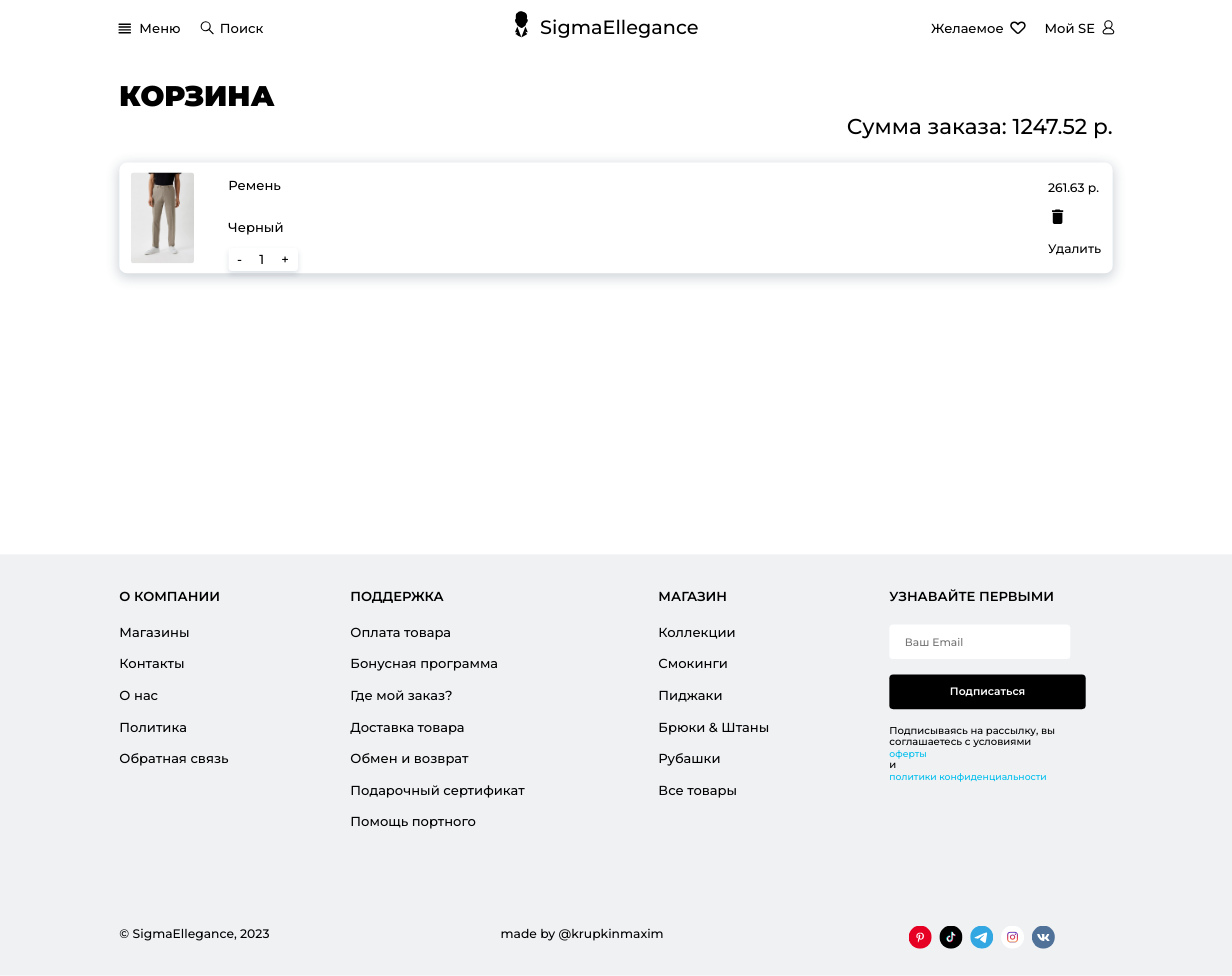
Repository: MaksimKrupkin/SigmaEllegance
Page: /cart
These files come from the project's save history. The page is drawn as it stood at one moment and after the next save; the edit follows.
The browser window is 1280 px wide. The page is 1600 px wide, so the pictures cover 1600 px, including what lies to the right of the window. The pictures show the whole page, at 77% of full size.
Some web fonts or font styles are not loaded; a fallback is used. The project was rebuilt for these pictures with package versions that can differ from the ones it lists, and the page was loaded fresh each time. Also part of the build but not shown: src/Components/SideBar/SideBar.module.css, src/Components/SideBar/SideBar.jsx, src/Pages/HomePage.module.css, src/Components/SliderWrapper/SliderWrapper.module.css, src/Components/SliderCard/SliderCard.module.css, src/Components/SliderCard/SliderCard.jsx, src/Components/LeftArrow/LeftArrow.module.css, src/Components/LeftArrow/LeftArrow.jsx and 31 more.

Above is the page before, as saved 2023-12-19 19:54:15.

### public/index.html
<!DOCTYPE html>
<html lang="en">
  <head>
    <meta charset="utf-8" />

    <meta name="viewport" content="width=device-width, initial-scale=1" />
    <link rel="icon" type="image/png" href="./favicon.png" sizes="32x32" />
    <link rel="preconnect" href="https://fonts.googleapis.com" />
    <link rel="preconnect" href="https://fonts.gstatic.com" crossorigin />
    <link
      href="https://fonts.googleapis.com/css2?family=Roboto:wght@400;500;700&display=swap"
      rel="stylesheet" />
    <link
      href="https://fonts.googleapis.com/css2?family=Montserrat:ital,wght@0,300;0,500;0,600;0,900;1,400;1,500&family=Roboto:wght@400;500;700&display=swap"
      rel="stylesheet" />
    <link rel="preconnect" href="https://fonts.googleapis.com" />
    <link rel="preconnect" href="https://fonts.gstatic.com" crossorigin />
    <link
      href="https://fonts.googleapis.com/css2?family=Montserrat:wght@300&family=Roboto:wght@400;500;700&display=swap"
      rel="stylesheet" />
    <link href="https://fonts.cdnfonts.com/css/montserrat" rel="stylesheet" />
    <title>SigmaEllegance</title>
  </head>
  <body>
    <div id="root"></div>
  </body>
</html>

### src/index.js
import React from 'react';
import ReactDOM from 'react-dom/client';
import App from './App';
import { BrowserRouter } from 'react-router-dom';

const root = ReactDOM.createRoot(document.getElementById('root'));
root.render(
  <React.StrictMode>
    <BrowserRouter>
      <App />
    </BrowserRouter>
  </React.StrictMode>,
);

### src/App.js
import React, { useState, useEffect, useRef } from 'react';
import Header from './Components/Header/Header';
import HomePage from './Pages/HomePage';
import styles from './App.module.css';
import GoodsPage from './Pages/GoodsPage/GoodsPage';
import OpenGoodPage from './Pages/OpenGoodPage/OpenGoodPage';
import Footer from './Components/Footer/Footer';
import { BrowserRouter, Route, Routes, useParams } from 'react-router-dom';
import AboutUs from './Pages/AboutUs/AboutUs';
import SearchPage from './Pages/SearchPage/SearchPage';
import Contacts from './Pages/Contacts/Contacts';
import Payment from './Pages/Payment/Payment';
import Cart from './Pages/Cart/Cart';

function App() {
  const { category, id } = useParams();
  const [sidebarOpen, setSidebarOpen] = useState(false);

  const closeSidebar = () => {
    setSidebarOpen(false);
  };

  useEffect(() => {
    const handleOutsideClick = (event) => {};

    document.addEventListener('mousedown', handleOutsideClick);

    return () => {
      document.removeEventListener('mousedown', handleOutsideClick);
    };
  }, []);
  return (
    <div className={styles.container}>
      <Header />
      <Routes>
        <Route path="/" element={<HomePage />} />
        <Route path="/goodspage/" element={<GoodsPage />} />
        <Route path="/goodspage/:category" element={<GoodsPage />} />
        <Route path="/goodspage/:category/:id" element={<OpenGoodPage />} />
        <Route path="/opengoodspage" element={<OpenGoodPage />} />
        <Route path="/opengoodspage/:category/:id" element={<OpenGoodPage />} />
        <Route path="/aboutUsPage" element={<AboutUs />} />
        <Route path="/searchPage" element={<SearchPage />} />
        <Route path="/contacts" element={<Contacts />} />
        <Route path="/payment" element={<Payment />} />
        <Route path="/cart" element={<Cart />} />
      </Routes>

      <Footer />
    </div>
  );
}

export default App;

### src/Components/Header/Header.jsx
import React from 'react';
import { useState } from 'react';
import { Link } from 'react-router-dom';
import styles from './Header.module.css';
import logo from '../../assets/img/logo.svg';
import icon1 from '../../assets/img/Icon1.svg';
import icon2 from '../../assets/img/icon2.svg';
import icon3 from '../../assets/img/icon3.svg';
import icon4 from '../../assets/img/icon4.svg';
import SideBar from '../SideBar/SideBar';

function Header() {
  const [toggleMenu, setToggleMenu] = useState(false);
  const HandleToggle = () => {
    setToggleMenu(!toggleMenu);
  };
  console.log(toggleMenu);
  return (
    <header className={styles.header}>
      <div className={styles.left_part}>
        <div onClick={HandleToggle} className={styles.menu}>
          <img className={styles.icon1} src={icon1} alt="" />
          <p>Меню</p>
        </div>
        {toggleMenu && <SideBar HandleToggle={HandleToggle} />}

        <Link to="/searchPage" className={styles.search}>
          <img className={styles.icon2} src={icon2} alt="" />
          <p>Поиск</p>
        </Link>
      </div>
      <Link to="/" className={styles.logo_part}>
        <img className={styles.logo} src={logo} alt="" />
        <p>SigmaEllegance</p>
      </Link>
      <div className={styles.right_part}>
        <Link to="/cart" className={styles.liked}>
          <p>Желаемое</p>
          <img className={styles.icon3} src={icon3} alt="" />
        </Link>
        <Link className={styles.purchases}>
          <p>Мой SE</p>
          <img className={styles.icon4} src={icon4} alt="" />
        </Link>
      </div>
    </header>
  );
}

export default Header;

### src/App.module.css
body {
  font-family: 'Montserrat', sans-serif;
  display: block;
  margin: 0 auto;
  padding: 0;
  width: 100%;
  position: relative;
  overflow-x: hidden;
}
.container {
  width: 1600px;
  display: block;
  margin: 0 auto;
}

*,
*::before,
*::after {
  box-sizing: border-box;
}

/* Links */

a,
a:link,
a:visited {
  text-decoration: none;
}

a:hover {
  text-decoration: none;
}

/* Common */

aside,
nav,
header,
section,
main {
  display: block;
}

h1,
h2,
h3,
h4,
h5,
h6,
p {
  font-size: inherit;
  font-weight: inherit;
}

ul,
ul li {
  list-style: none;
}

img {
  vertical-align: top;
}

img,
svg {
  max-width: 100%;
  height: auto;
}

address {
  font-style: normal;
}

/* Form */

input,
textarea,
button,
select {
  font-family: inherit;
  font-size: inherit;
  color: inherit;
  background-color: transparent;
}

input::-ms-clear {
  display: none;
}

button,
input[type='submit'] {
  display: inline-block;
  box-shadow: none;
  background-color: transparent;
  background: none;
  cursor: pointer;
}

input:focus,
input:active,
button:focus,
button:active {
  outline: none;
}

button::-moz-focus-inner {
  padding: 0;
  border: 0;
}

label {
  cursor: pointer;
}

legend {
  display: block;
}

### src/Components/Footer/Footer.jsx
import React from 'react';
import icon1 from '../../assets/img/pint.svg';
import icon2 from '../../assets/img/TT.svg';
import icon3 from '../../assets/img/TG.svg';
import icon4 from '../../assets/img/IG.svg';
import icon5 from '../../assets/img/VK.svg';
import styles from './Footer.module.css';

export default function Footer() {
  return (
    <footer className={styles.footer}>
      <div className={styles.column_1}>
        <a className={styles.column_title}>О компании</a>
        <a className={styles.column_item}> Магазины</a>
        <a className={styles.column_item}>Контакты</a>
        <a className={styles.column_item}>О нас</a>
        <a className={styles.column_item}>Политика</a>
        <a className={styles.column_item}>Обратная связь</a>
      </div>
      <div className={styles.column_2}>
        <a className={styles.column_title}>Поддержка</a>
        <a className={styles.column_item}> Оплата товара</a>
        <a className={styles.column_item}>Бонусная программа</a>
        <a className={styles.column_item}>Где мой заказ?</a>
        <a className={styles.column_item}>Доставка товара</a>
        <a className={styles.column_item}>Обмен и возврат</a>
        <a className={styles.column_item}>Подарочный сертификат</a>
        <a className={styles.column_item}>Помощь портного</a>
      </div>
      <div className={styles.column_3}>
        <a className={styles.column_title}>Магазин</a>
        <a className={styles.column_item}> Коллекции</a>
        <a className={styles.column_item}>Смокинги</a>
        <a className={styles.column_item}>Пиджаки</a>
        <a className={styles.column_item}>Брюки & Штаны</a>
        <a className={styles.column_item}>Рубашки</a>
        <a className={styles.column_item}>Все товары</a>
      </div>
      <div className={styles.footer_form}>
        <div className={styles.footer_form_title}>Узнавайте первыми</div>
        <form action={styles.text}>
          <input className={styles.footer_form_email} type="text" placeholder="Ваш Email" />
        </form>
        <div className={styles.footer_button}>
          <div className={styles.footer_link}>Подписаться</div>
        </div>
        <div className={styles.policy}>
          Подписываясь на рассылку, вы соглашаетесь с условиями{' '}
          <a href="" className={styles.policy_link}>
            оферты
          </a>{' '}
          и <a className={styles.policy_link}>политики конфиденциальности</a>{' '}
        </div>
      </div>
      <div className={styles.footer_border}>
        <img src="/img/Border.svg" alt="" />
      </div>
      <div className={styles.sigma_corp}>© SigmaEllegance, 2023</div>
      <div className={styles.made_by}>made by @krupkinmaxim</div>
      <div className={styles.social_networks}>
        <img className={styles.pintrest} src={icon1} alt="" />
        <img className={styles.tik_tok} src={icon2} alt="" />
        <img className={styles.telegram} src={icon3} alt="" />
        <img className={styles.instagram} src={icon4} alt="" />
        <img className={styles.vk} src={icon5} alt="" />
      </div>
    </footer>
  );
}

### src/Pages/Cart/Cart.jsx
import React from 'react';
import styles from './Cart.module.css';
import image from '../../assets/img/bruki-1.webp';
import { MdDelete } from 'react-icons/md';

export default function Cart() {
  return (
    <div className={styles.wrapper}>
      <div className={styles.container}>
        <div className={styles.title}>Корзина</div>
        <div className={styles.sum}>Сумма заказа: 1247.52 р.</div>
        <div className={styles.good_item}>
          <img className={styles.goods_img} src={image} alt="" />
          <div className={styles.goods_data}>
            <p className={styles.goods_type}>Ремень</p>
            <p className={styles.goods_color}>Черный</p>
            <div className={styles.goods_count}>
              <div>-</div>
              <div>1</div>
              <div>+</div>
            </div>
          </div>
          <div className={styles.right}>
            <p className={styles.goods_price}>261.63 р.</p>
            <div className={styles.goods_delete}>
              <img className={styles.delete_icon} src="" alt="" />
              <MdDelete fontSize={25} />
              <p className={styles.delete_text}>Удалить</p>
            </div>
          </div>
        </div>
      </div>
    </div>
  );
}

### src/Components/Header/Header.module.css
.header {
  font-family: 'Montserrat', sans-serif;
  margin: 0 auto;
  width: 100%;
  height: 10vh;
  display: flex;
  justify-content: space-around;
  align-items: center;
}

.left_part {
  display: flex;
  justify-content: space-between;
  align-items: center;
  gap: 25px;
  color: #000;
  margin-bottom: -2px;

  font-family: Montserrat;
  font-size: 17px;
  font-style: normal;
  font-weight: 500;
  line-height: normal;
}
.menu {
  display: flex;
  justify-content: space-between;
  align-items: center;
  gap: 8px;
  cursor: pointer;
}
.menu:hover {
  color: rgb(80, 77, 77);
}
.icon1 {
  width: 22px;
  height: 22px;
  margin-bottom: 1px;
}
.search {
  display: flex;
  justify-content: space-between;
  align-items: center;
  gap: 8px;
  cursor: pointer;
  color: black;
}

.search:hover {
  color: rgb(80, 77, 77);
}
.icon2 {
  width: 18px;
  height: 18px;
  margin-bottom: 3px;
}

.logo_part {
  margin-bottom: 3px;
  display: flex;
  justify-content: space-between;
  align-items: center;

  color: #000;

  font-family: Montserrat;
  font-size: 25px;
  font-style: normal;
  font-weight: 400;
  line-height: normal;
  cursor: pointer;
}

.logo {
  width: 67.375px;
  height: 69.103px;
  flex-shrink: 0;
  margin-right: -10px;
}
.right_part {
  margin-bottom: -2px;
  display: flex;
  justify-content: space-between;
  align-items: center;
  gap: 23px;
  font-family: Montserrat;
  font-size: 17px;
  font-style: normal;
  font-weight: 500;
  line-height: normal;
}

.liked {
  color: black;
  display: flex;
  justify-content: space-between;
  align-items: center;
  gap: 8px;
  cursor: pointer;
}
.liked:hover {
  color: rgb(80, 77, 77);
}
.icon3 {
  width: 22px;
  height: 22px;
  margin-bottom: 3px;
}

.purchases {
  color: black;
  display: flex;
  justify-content: space-between;
  align-items: center;
  gap: 8px;
  cursor: pointer;
}
.purchases:hover {
  color: rgb(80, 77, 77);
}

.icon4 {
  width: 19px;
  height: 19px;
  margin-bottom: 3px;
}

### src/Components/Footer/Footer.module.css
.footer {
  background-color: #eff1f3;
  width: 1600px;
  height: 547px;
  position: absolute;
  overflow-y: hidden;
  margin-top: 0px;
}
a {
  display: block;
}

.column_1 {
  position: absolute;
  top: 45px;
  left: 155px;
}

.column_2 {
  position: absolute;
  top: 45px;
  left: 455px;
}

.column_3 {
  position: absolute;
  top: 45px;
  left: 855px;
}
.column_title {
  font-style: normal;
  font-weight: 600;
  font-size: 17px;
  line-height: 21px;
  text-transform: uppercase;
  color: #000000;
  margin-bottom: 25px;
}

.column_item {
  font-family: 'Montserrat';
  font-style: normal;
  font-weight: 400;
  font-size: 17px;
  line-height: 21px;
  color: #000000;
  margin-bottom: 20px;
  cursor: pointer;
}

.footer_form {
  position: absolute;
  top: 45px;
  left: 1155px;
}

.footer_form_title {
  font-style: normal;
  font-weight: 600;
  font-size: 17px;
  line-height: 21px;
  text-transform: uppercase;
  color: #000000;
  margin-bottom: 25px;
}
.footer {
  opacity: 1;
}
.footer_form_email {
  width: 235px;
  height: 45px;
  background-color: white;
  border: none;
  border-radius: 5px;
  font-style: normal;
  font-weight: 400;
  font-size: 14px;
  line-height: 17px;
  padding-left: 20px;
  color: rgba(0, 0, 0, 0.4);
}
.footer_form_email:focus {
  border: 2px solid black;
}

.footer_button {
  margin-top: 20px;
  margin-bottom: 20px;
  width: 255px;
  background-color: #000000;
  border-radius: 5px;
  text-align: center;
  font-style: normal;
  font-weight: 600;
  font-size: 14px;
  line-height: 45px;
  color: #ffffff;
  cursor: pointer;
}
.footer_link {
  color: #ffffff;
}

.policy {
  width: 254px;
  font-style: normal;
  font-weight: 400;
  font-size: 13px;
  line-height: 15px;
  color: #000000;
}
.policy_link {
  font-style: normal;
  font-weight: 400;
  font-size: 12px;
  line-height: 15px;
  color: #00bfed;
}

.footer_border {
  position: absolute;
  bottom: 120px;
}

.sigma_corp {
  position: absolute;
  left: 155px;
  bottom: 45px;

  font-weight: 500;
}

.made_by {
  position: absolute;
  left: 650px;
  bottom: 45px;
  font-weight: 500;
}

.social_networks {
  position: absolute;
  left: 1180px;
  bottom: 35px;
}
.pintrest {
  width: 30px;
  height: 30px;
  margin-right: 10px;
  transition: all 0.1s ease-in;
  cursor: pointer;
}
.pintrest:hover {
  width: 35px;
  height: 35px;
  transform: translateY(-3px);
}
.tik_tok {
  width: 30px;
  height: 30px;
  margin-right: 10px;
  transition: all 0.1s ease-in;
  cursor: pointer;
}
.tik_tok:hover {
  width: 35px;
  height: 35px;
  transform: translateY(-3px);
}
.telegram {
  width: 30px;
  height: 30px;
  margin-right: 10px;
  transition: all 0.1s ease-in;
  cursor: pointer;
}
.telegram:hover {
  width: 35px;
  height: 35px;
  transform: translateY(-3px);
}
.instagram {
  width: 30px;
  height: 30px;
  margin-right: 10px;
  transition: all 0.1s ease-in;
  cursor: pointer;
}
.instagram:hover {
  width: 35px;
  height: 35px;
  transform: translateY(-3px);
}
.vk {
  width: 30px;
  height: 30px;
  margin-right: 10px;
  transition: all 0.1s ease-in;
  cursor: pointer;
}
.vk:hover {
  width: 35px;
  height: 35px;
  transform: translateY(-3px);
}

### src/Pages/Cart/Cart.module.css
.wrapper {
  width: 1600px;
  min-height: 90vh;
  display: flex;
  justify-content: center;
}
.container {
  width: 1290px;
}
.title {
  margin-top: 30px;
  color: #000;

  font-family: Montserrat;
  font-size: 37px;
  font-style: normal;
  font-weight: 700;
  line-height: normal;
  text-transform: uppercase;
}
.sum {
  font-size: 28px;
  font-weight: 500;
  text-align: right;
  margin-bottom: 30px;
}
.good_item {
  padding: 15px;

  width: 100%;
  height: 20vh;
  border-radius: 10px;
  display: flex;
  justify-content: space-between;
  align-items: center;
  -webkit-box-shadow: 0px 4px 15px 3px rgba(34, 60, 80, 0.2);
  -moz-box-shadow: 0px 4px 15px 3px rgba(34, 60, 80, 0.2);
  box-shadow: 0px 4px 15px 3px rgba(34, 60, 80, 0.2);
}

.goods_img {
  width: 82px;
  border-radius: 4px;
}
.goods_data {
  display: flex;
  flex-direction: column;
  justify-content: space-between;

  margin-left: -930px;
  font-size: 17px;
  font-weight: 500;
}
.goods_count {
  font-size: 17px;
  cursor: pointer;
  display: flex;
  align-items: center;
  justify-content: space-around;
  width: 90px;
  height: 30px;
  border-radius: 5px;

  -webkit-box-shadow: 0px 4px 7px 1px rgba(34, 60, 80, 0.12);
  -moz-box-shadow: 0px 4px 7px 1px rgba(34, 60, 80, 0.12);
  box-shadow: 0px 4px 7px 1px rgba(34, 60, 80, 0.12);
}

After the next save:
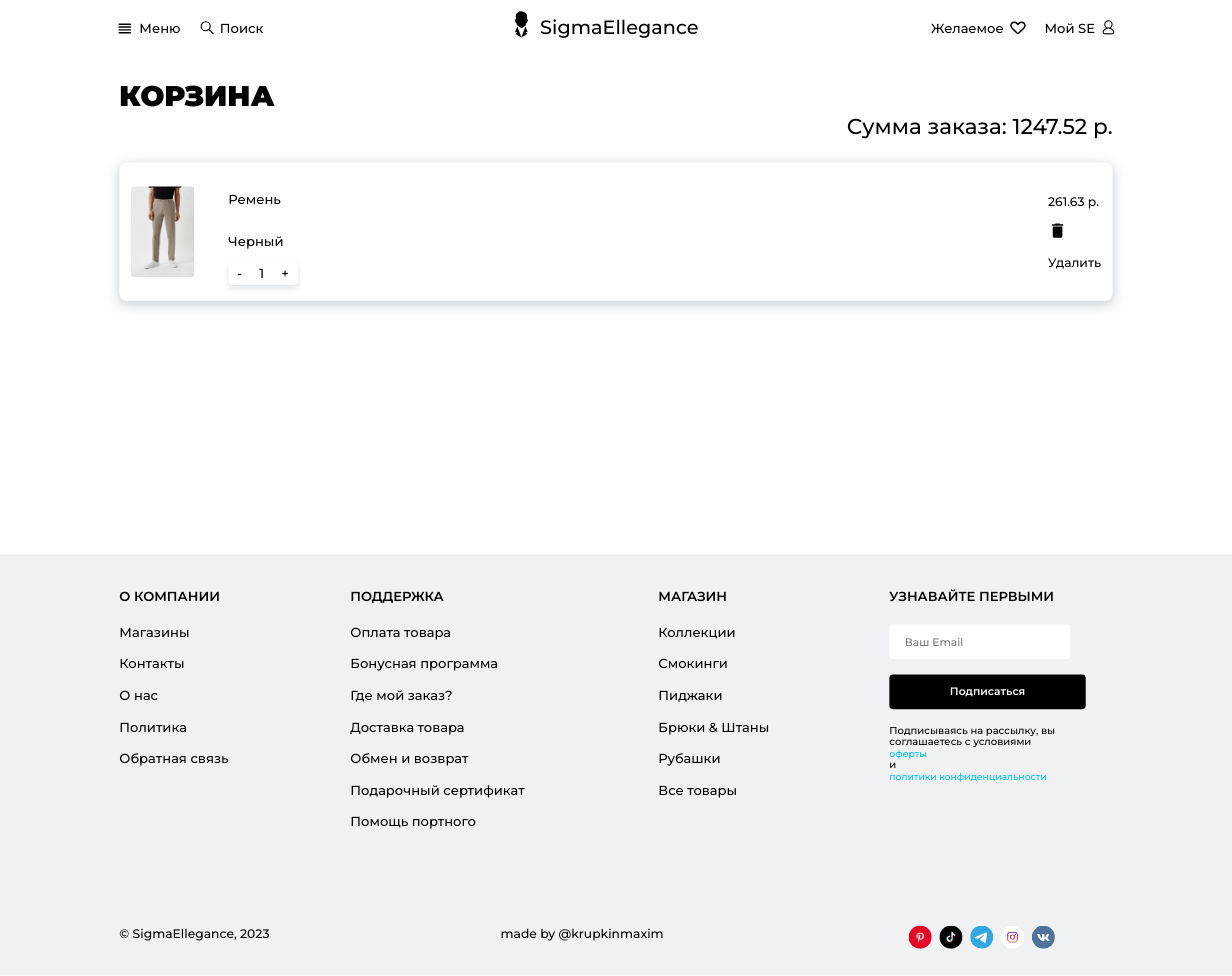
Saved 36 s later.
--- a/src/Pages/Cart/Cart.module.css
+++ b/src/Pages/Cart/Cart.module.css
@@ -28,7 +28,7 @@
   padding: 15px;
 
   width: 100%;
-  height: 20vh;
+  height: 25vh;
   border-radius: 10px;
   display: flex;
   justify-content: space-between;

After the save that followed:
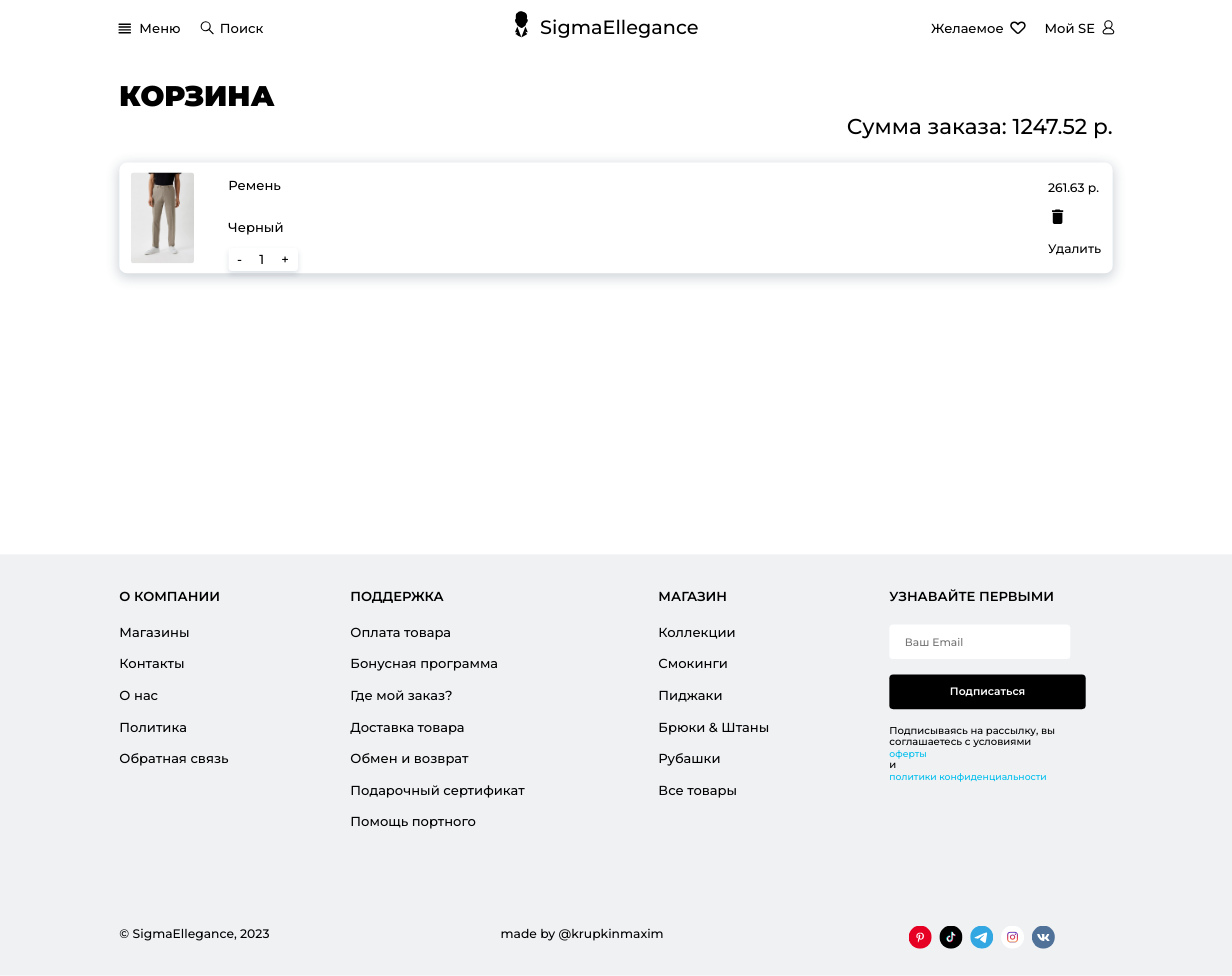
Saved 6 s later.
--- a/src/Pages/Cart/Cart.module.css
+++ b/src/Pages/Cart/Cart.module.css
@@ -28,7 +28,7 @@
   padding: 15px;
 
   width: 100%;
-  height: 25vh;
+  height: 20vh;
   border-radius: 10px;
   display: flex;
   justify-content: space-between;
